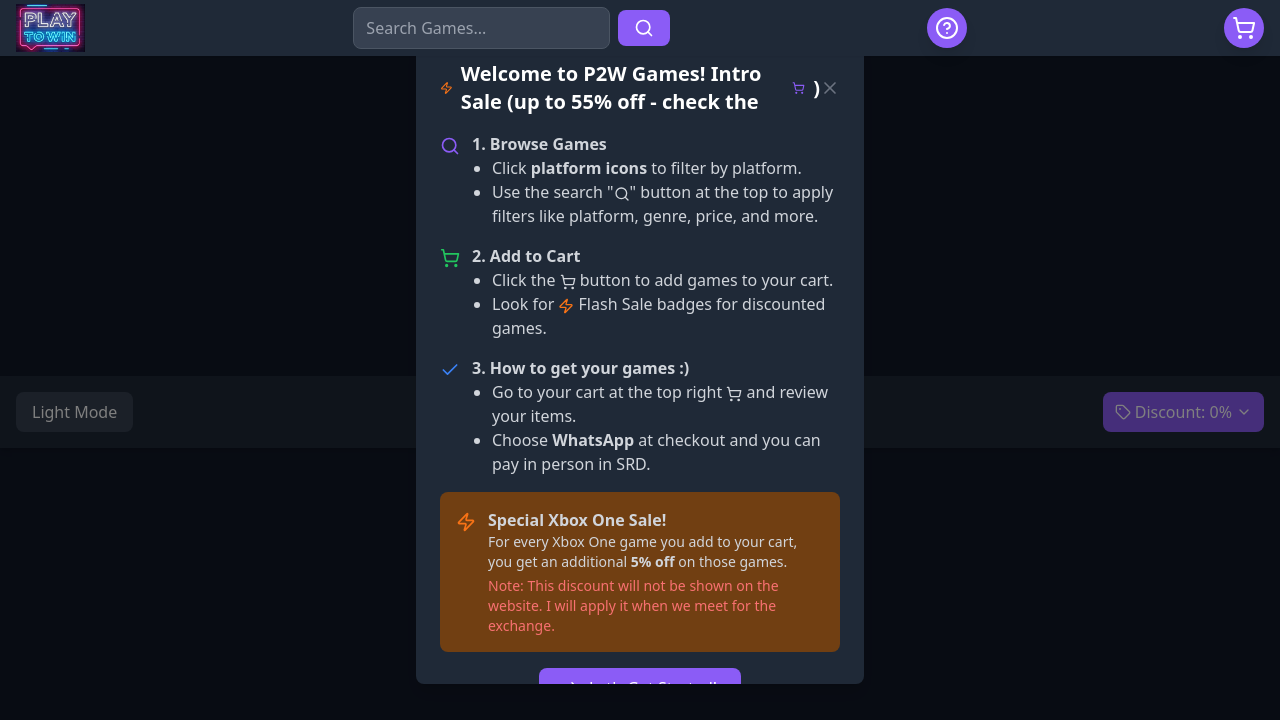
Repository: Play2Win777/P2W-Superbase
Page: /checkout
An editor plug-in stored every save of this project. The page is shown before and after the next save, followed by the edit.
The browser window is 1280 px wide. The pictures show the whole page.
The page's requests for data from a server got no answer. An inner scrolling area shows only its first screen. The project was rebuilt for these pictures with package versions that can differ from the ones it lists, and the page was loaded fresh each time. No one was signed in, and anything a server would have sent is missing. Also part of the build but not shown: vite.config.ts, src/components/Filters.tsx, src/components/GameCard.tsx, src/components/FlashSaleBadge.tsx, src/pages/GameDetails.tsx, src/pages/FlashSalePage.tsx, src/components/Toast.tsx.

Above is the page before, as saved 2025-03-21 14:40:22.

After the next save:
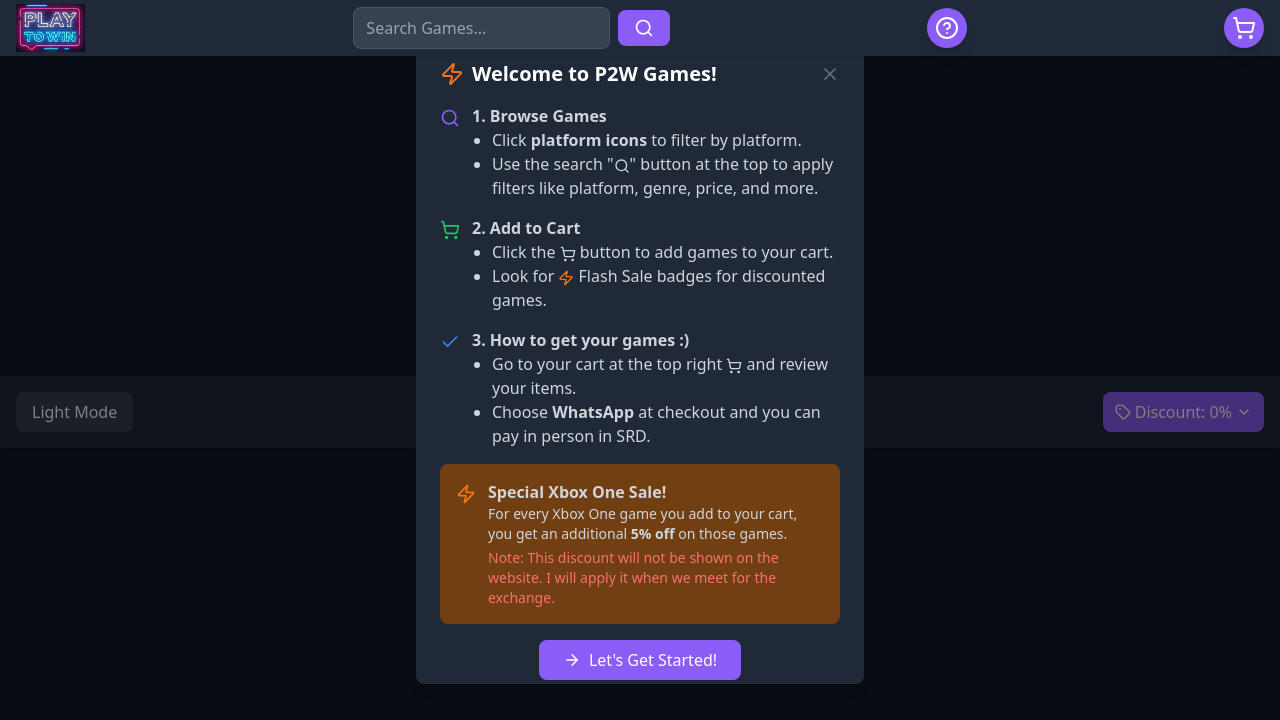
Saved 93 s later.
--- a/src/App.tsx
+++ b/src/App.tsx
@@ -26,7 +26,7 @@
         <div className="flex justify-between items-center mb-4">
           <h2 className="text-xl font-bold dark:text-white flex items-center gap-2">
             <Zap size={24} className="text-orange-500" />
-            Welcome to P2W Games! Intro Sale (up to 55% off - check the <ShoppingCart size={24} className="text-purple-500" />)
+            Welcome to P2W Games!
           </h2>
           <button
             onClick={onClose}
